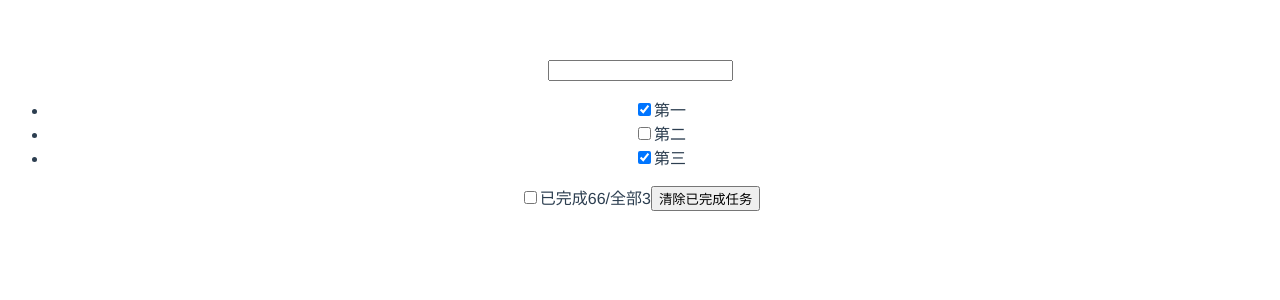
Repository: 13067902180/vue2.0study
Page: /
These files come from the project's save history. The page is drawn as it stood at one moment and after the next save; the edit follows.
The browser window is 1280 px wide. The pictures show the whole page.
The project was rebuilt for these pictures with package versions that can differ from the ones it lists, and the page was loaded fresh each time. Also part of the build but not shown: vue.config.js.

Above is the page before, as saved 2023-02-07 16:59:30.

### public/index.html
<!DOCTYPE html>
<html lang="">
  <head>
    <meta charset="utf-8">
    <!-- 针对ie浏览器的特殊配置，让ie最高级别渲染页面 -->
    <meta http-equiv="X-UA-Compatible" content="IE=edge">
    <!-- 开启移动端的理想视口 -->
    <meta name="viewport" content="width=device-width,initial-scale=1.0">
    <!-- 配置页签图标 <%= BASE_URL %> ==== ./ 怕打包出问题 指的是public所在的路径-->
    <link rel="icon" href="<%= BASE_URL %>favicon.ico">
    <!-- 配置网页图标  %= htmlWebpackPlugin.options.title % 是webpack里的插件1-->
    <title><%= htmlWebpackPlugin.options.title %></title>
  </head>
  <body>
    <!-- 如果浏览器不支持js 显示 支持就不渲染 -->
    <noscript>
      <strong>We're sorry but <%= htmlWebpackPlugin.options.title %> doesn't work properly without JavaScript enabled. Please enable it to continue.</strong>
    </noscript>

    <div id="app"></div>
    <!-- built files will be auto injected -->
  </body>
</html>
<!-- 整个页面的界面 -->

### src/main.js
//引入vue 精简版  正式版是vue.js dist/vue.js
import Vue from 'vue'
//app所有组件的父组件
import App from './App.vue'
//import {hunhe,hunhe2} from './mixin'
//import plugins from './plugins'
// 引用插件
//Vue.use(plugins)
// 引用混入
//Vue.mixin(hunhe)
//Vue.mixin(hunhe2)
// 关闭生产提示
Vue.config.productionTip = false
// 创建vue实例对象  ---vm
new Vue({
  // 将app组件放入容器中
  render: h => h(App),
  // 引用了精简版vue没有模板解析器 要用render函数不能用template
  // vue包含模板解析器和vue核心
  // render(creat){
  //  return creat('h1','NIHAO')
  // }
  // 等于el：'#app'
}).$mount('#app')

### src/App.vue
<template>
  <div id="app">
    <MyHeader :addTodo="addTodo" />
    <MyList :todos="todos" :deleteTodo="deleteTodo" />
    <MyFooter :todos="todos" />
  </div>
</template>

<script>
// 引入组件  组件全放到components
import MyHeader from "./components/MyHeader.vue";
import MyFooter from "./components/MyFooter.vue";
import MyList from "./components/MyList.vue";
export default {
  name: "App",
  data() {
    return {
      todos: [
        { id: "001", title: "第一", done: true },
        { id: "002", title: "第二", done: false },
        { id: "003", title: "第三", done: true },
      ],
    };
  },
  methods: {
    // 数据在哪操作在哪
    addTodo(todoObj) {
      this.todos.unshift(todoObj);
    },
    deleteTodo(id) {
      // this.todos = this.todos.filter((todo) => todo.id !== id);
      this.todos = this.todos.filter((todo) => {
        return todo.id !== id;
      });
    },
  },

  // 注册组件
  components: {
    MyHeader,
    MyFooter,
    MyList,
  },
};
</script>

<style>
#app {
  font-family: Avenir, Helvetica, Arial, sans-serif;
  -webkit-font-smoothing: antialiased;
  -moz-osx-font-smoothing: grayscale;
  text-align: center;
  color: #2c3e50;
  margin-top: 60px;
}
</style>

### src/components/MyHeader.vue
<template>
  <div class="todo-header">
    <input type="text" name="" id="" @keyup.enter="add" v-model="title" />
  </div>
</template>

<script>
import { nanoid } from "nanoid";
export default {
  name: "MyHeader",
  data() {
    return {
      title: "",
    };
  },
  props: ["addTodo"],
  methods: {
    add() {
      // 校验数据
      if (!this.title) return;
      // 将输入包装陈TODO对象
      const todoObj = { id: nanoid(), title: this.title, done: false };
      // 通知app组件去添加有一个todo对象
      this.addTodo(todoObj);
      // 清空输入
      this.title = "";
    },
  },
};
</script>

<style>
</style>

### src/components/MyFooter.vue
<template>
  <div class="todo-footer">
    <label for="">
      <input type="checkbox" />
    </label>
    <span>
      <span>已完成{{ doneTotal }}</span
      >/全部{{ todos.length }}</span
    >
    <button class="btn btn-danger">清除已完成任务</button>
  </div>
</template>

<script>
export default {
  name: "MyFooter",
  props: ["todos"],
  computed: {
    doneTotal() {
      let i = 0;
      this.todos.forEach((todo) => {
        if (todo.done) i++;
      });
      return 66;
    },
  },
};
</script>

<style>
</style>

### src/components/MyList.vue
<template>
  <ul class="todo-main">
    <MyItem
      v-for="item in todos"
      :key="item.id"
      :todo="item"
      :deleteTodo="deleteTodo"
    ></MyItem>
  </ul>
</template>

<script>
import MyItem from "./MyItem.vue";
export default {
  name: "MyList",
  components: {
    MyItem,
  },
  props: ["todos", "deleteTodo"],
};
</script>

<style>
</style>

### src/components/MyItem.vue
<template>
  <li>
    <label>
      <!-- <input
        type="checkbox"
        :checked="todo.done"
        @change="handleCheck(todo.id)"
      /> -->
      <input type="checkbox" v-model="todo.done" />
      <!-- 不建议 vue无法监视props内部内容 只监视props是修改了props -->
      <span>{{ todo.title }}</span>
    </label>
    <button class="btn brn-danger" @click="handeleDelete(todo.id)">删除</button>
  </li>
</template>

<script>
export default {
  name: "MyItem",
  props: ["todo", "deleteTodo"],
  methods: {
    handeleDelete(id) {
      if (confirm("确定删除吗？")) {
        this.deleteTodo(id);
      }
    },
  },
};
</script>

<style scoped>
li:hover {
  background: #ddd;
}
li button {
  display: none;
}
li:hover button {
  display: inline-block;
}
</style>

After the next save:
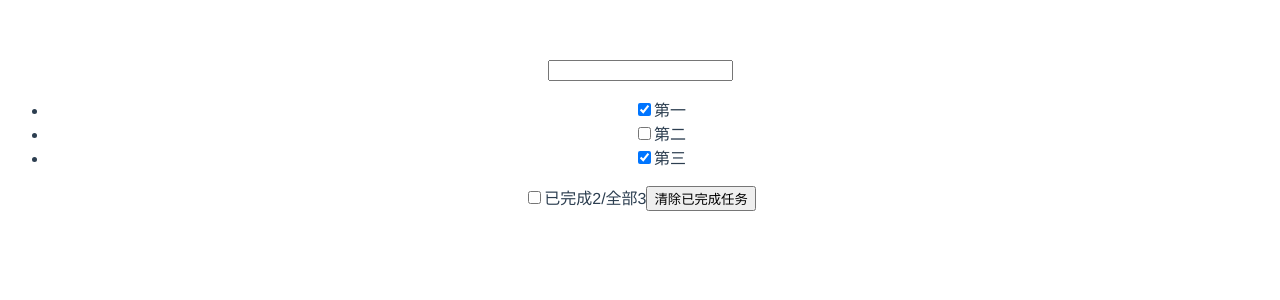
Saved 11 s later.
--- a/src/components/MyFooter.vue
+++ b/src/components/MyFooter.vue
@@ -21,7 +21,7 @@
       this.todos.forEach((todo) => {
         if (todo.done) i++;
       });
-      return 66;
+      return i;
     },
   },
 };
